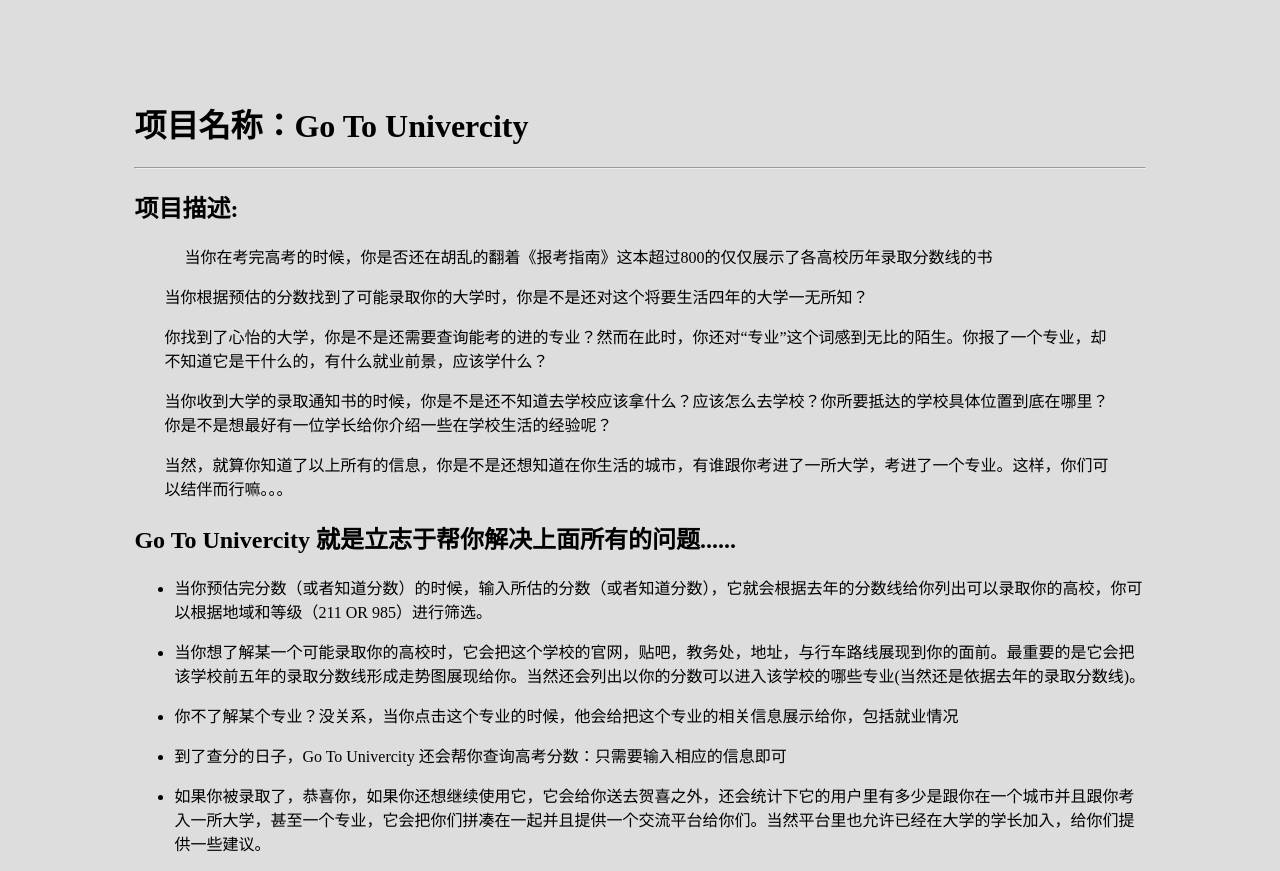
Repository: SUT-GC/GoToUnivercity
Page: http://localhost/GoToUniversity/ideasource/idea.jsp
These files come from the project's save history. The page is drawn as it stood at one moment and after the next save; the edit follows.
The browser window is 1280 px wide. The pictures show the whole page.
The page is served by Tomcat 9. Nobody is signed in. The application's start-up code is not run.

Above is the page before, as saved 2015-11-16 11:21:19.

After the next save:
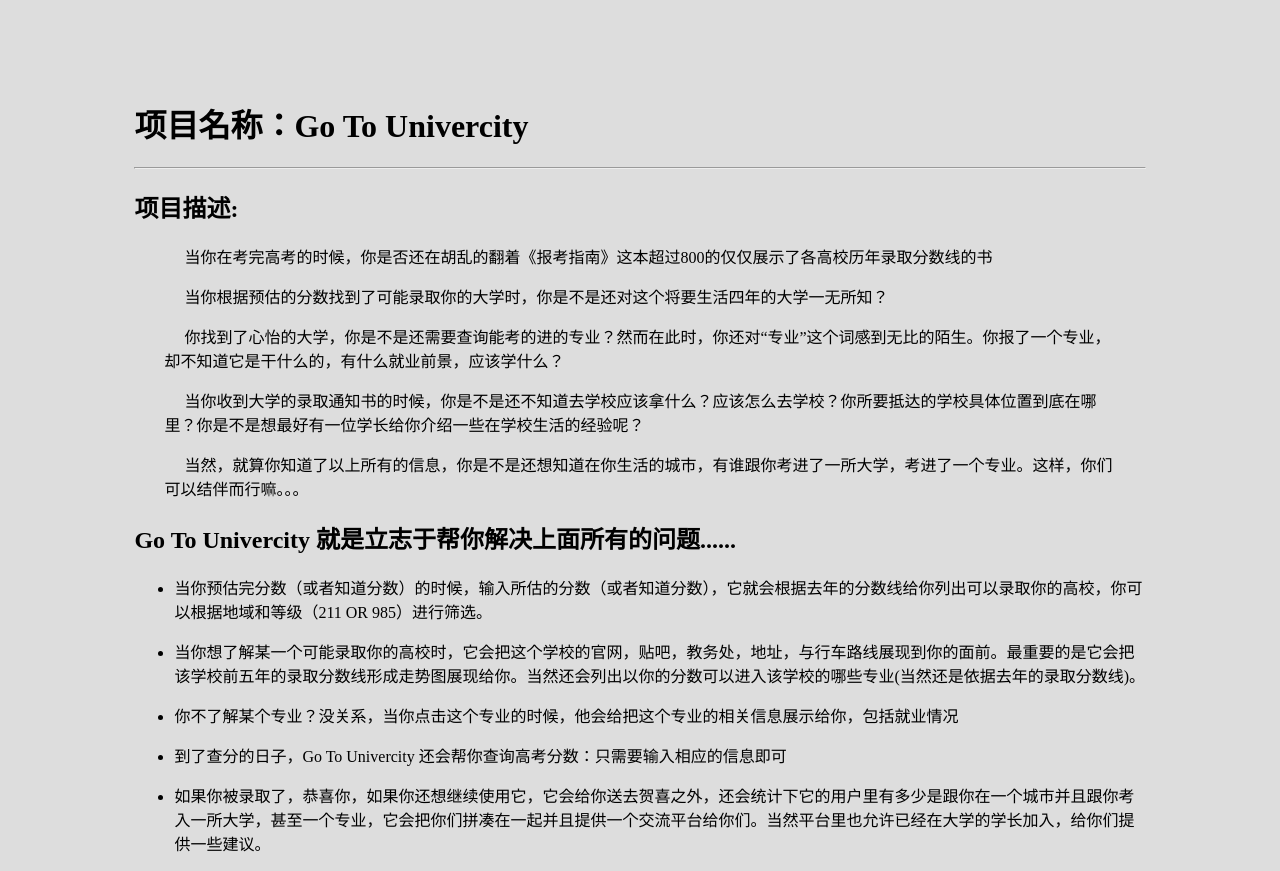
Saved 6 s later.
--- a/GoToUniversity/WebContent/ideasource/idea.jsp
+++ b/GoToUniversity/WebContent/ideasource/idea.jsp
@@ -17,10 +17,10 @@
 			<div class="content_body_description">
 				<h2>项目描述:</h2>
 					<p>&nbsp&nbsp&nbsp&nbsp 当你在考完高考的时候，你是否还在胡乱的翻着《报考指南》这本超过800的仅仅展示了各高校历年录取分数线的书</p>
-					<p>当你根据预估的分数找到了可能录取你的大学时，你是不是还对这个将要生活四年的大学一无所知？</p>
-					<p>你找到了心怡的大学，你是不是还需要查询能考的进的专业？然而在此时，你还对“专业”这个词感到无比的陌生。你报了一个专业，却不知道它是干什么的，有什么就业前景，应该学什么？</p>
-					<p>当你收到大学的录取通知书的时候，你是不是还不知道去学校应该拿什么？应该怎么去学校？你所要抵达的学校具体位置到底在哪里？你是不是想最好有一位学长给你介绍一些在学校生活的经验呢？</p>
-					<p>当然，就算你知道了以上所有的信息，你是不是还想知道在你生活的城市，有谁跟你考进了一所大学，考进了一个专业。这样，你们可以结伴而行嘛。。。</p>
+					<p>&nbsp&nbsp&nbsp&nbsp 当你根据预估的分数找到了可能录取你的大学时，你是不是还对这个将要生活四年的大学一无所知？</p>
+					<p>&nbsp&nbsp&nbsp&nbsp 你找到了心怡的大学，你是不是还需要查询能考的进的专业？然而在此时，你还对“专业”这个词感到无比的陌生。你报了一个专业，却不知道它是干什么的，有什么就业前景，应该学什么？</p>
+					<p>&nbsp&nbsp&nbsp&nbsp 当你收到大学的录取通知书的时候，你是不是还不知道去学校应该拿什么？应该怎么去学校？你所要抵达的学校具体位置到底在哪里？你是不是想最好有一位学长给你介绍一些在学校生活的经验呢？</p>
+					<p>&nbsp&nbsp&nbsp&nbsp 当然，就算你知道了以上所有的信息，你是不是还想知道在你生活的城市，有谁跟你考进了一所大学，考进了一个专业。这样，你们可以结伴而行嘛。。。</p>
 			</div>
 			<div class="content_body_content">
 				<h2>Go To Univercity 就是立志于帮你解决上面所有的问题......</h2>
